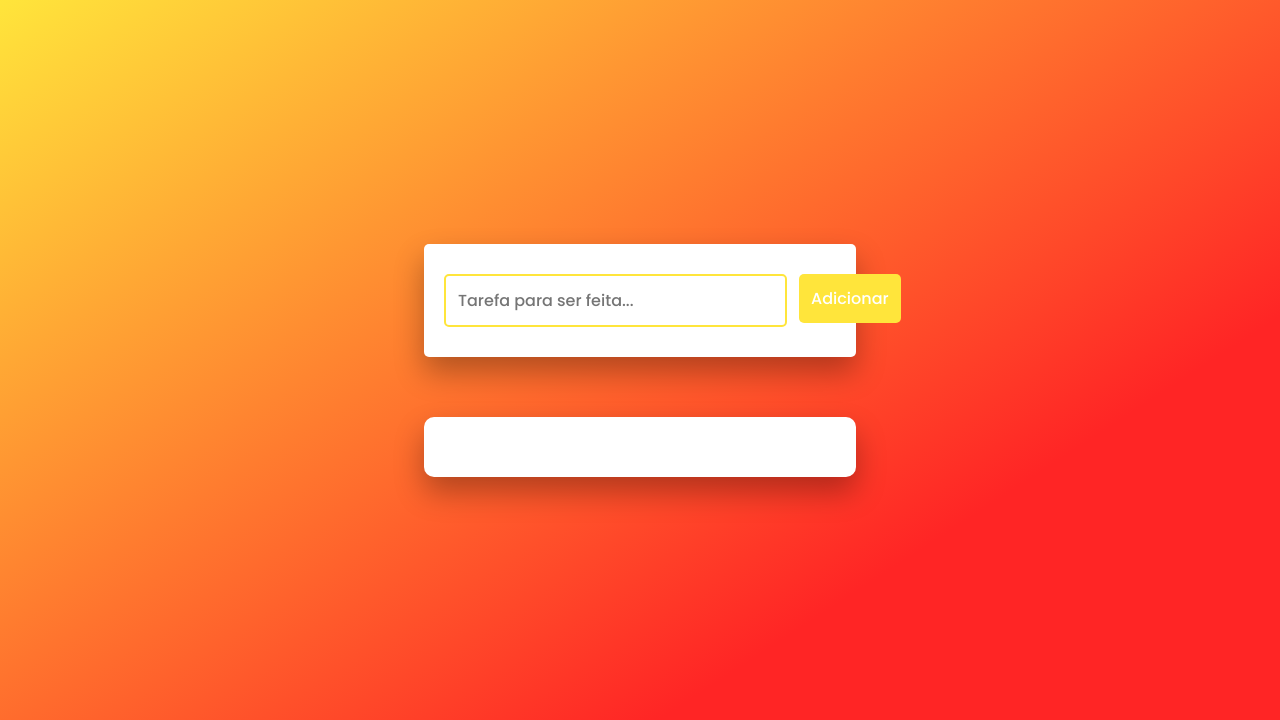
Repository: PetersonAntonyDev/python-flask-
Page: index.html
The author's editor kept a copy of each file at every save. The page is drawn from the files as they stood at one save, then again after the next save.
The browser window is 1280 px wide. The pictures show the whole page.
Some web libraries are served in a nearby version.

Above is the page before, as saved 2022-07-26 13:55:47.

### index.html
<!DOCTYPE html>
<html lang="en">

<head>
    <meta charset="UTF-8" />
    <meta http-equiv="X-UA-Compatible" content="IE=edge" />
    <meta name="viewport" content="width=device-width, initial-scale=1.0" />
    <title>EM PROGRESSO - Lista de Tarefas</title>
    <link rel="preconnect" href="https://fonts.googleapis.com" />
    <link rel="preconnect" href="https://fonts.gstatic.com" crossorigin />
    <link href="https://fonts.googleapis.com/css2?family=Poppins:wght@400;500;700&display=swap" rel="stylesheet" />
    <link rel="stylesheet" href="/style.css" />
</head>

<body>
    <div class="container">
        <div class="new-task-container">
            <input type="text" class="new-task-input" placeholder="Tarefa para ser feita..." />

            <button class="new-task-button">Adicionar</button>
        </div>

        <div class="tasks-container"></div>
    </div>

    <script src="https://kit.fontawesome.com/f9e19193d6.js" crossorigin="anonymous"></script>
    <script src="/script.js"></script>
</body>

</html>

### style.css
* {
    margin: 0;
    padding: 0;
    box-sizing: border-box;
    font-family: "Poppins", sans-serif;
  }

  body {
    height: 100vh;
    background-color: #FFE53B;
    background-image: linear-gradient(147deg, #FFE53B 0%, #FF2525 74%);
    display: flex;
    align-items: center;
    justify-content: center;
  }

  .container {
    border-radius: 20px;
    padding: 30px 40px;
    width: 40%;
    min-width: 500px;
  }

  .new-task-container {
    background-color: #fff;
    padding: 30px 20px;
    border-radius: 5px;
    box-shadow: 0 15px 30px rgba(0, 0, 0, 0.3);
    display: flex;
  }

  .new-task-container input {
    flex: 3;
    font-size: 1rem;
    border: 2px solid #FFE53B;
    border-radius: 5px;
    padding: 12px;
    font-weight: 500;
    color: #FF2525;
  }

  .new-task-container input:focus {
    outline: none;
    border-color: #FFE53B;
  }

  .new-task-button {
    flex: 1;
    border-radius: 5px;
    font-weight: 500;
    height: 100%;
    font-size: 1rem;
    border: none;
    background-color: #FFE53B;
    color: #fff;
    padding: 12px;
    margin-left: 12px;
    cursor: pointer;
  }

  .new-task-button:hover {
    background-color: #FF2525;
    color: #fff;
    transition: all .5s;
  }

  .tasks-container {
    background-color: #fff;
    padding: 30px 20px;
    margin-top: 60px;
    border-radius: 10px;
    box-shadow: 0 15px 30px rgba(0, 0, 0, 0.3);
    width: 100%;

  }

  .task-item {
    display: flex;
    justify-content: space-between;
    align-items: center;
    margin-bottom: 6px;
    margin-top: 6px;
    border-bottom: #FF2525 1px solid;
  }

  .task-item i {
    background-color: #FF2525;
    color: #fff;
    padding: 12px;
    border-radius: 5px;
  }

  .task-item i:hover {
    cursor: pointer;
  }

  /* Utilities */
  .error {
    border: 2px solid red !important;
  }

  .error::placeholder {
    color: red;
  }

  .completed {
    text-decoration: line-through;
  }

### script.js
const inputElement = document.querySelector(".new-task-input");
const addTaskButton = document.querySelector(".new-task-button");

const tasksContainer = document.querySelector(".tasks-container");

const validateInput = () => inputElement.value.trim().length > 0;

const handleAddTask = () => {
    const inputIsValid = validateInput();

    console.log(inputIsValid);

    if (!inputIsValid) {
        return inputElement.classList.add("error");
    }

    const taskItemContainer = document.createElement("div");
    taskItemContainer.classList.add("task-item");

    const taskContent = document.createElement("p");
    taskContent.innerText = inputElement.value;

    taskContent.addEventListener("click", () => handleClick(taskContent));

    const deleteItem = document.createElement("i");
    deleteItem.classList.add("far");
    deleteItem.classList.add("fa-trash-alt");

    deleteItem.addEventListener("click", () =>
        handleDeleteClick(taskItemContainer, taskContent)
    );

    taskItemContainer.appendChild(taskContent);
    taskItemContainer.appendChild(deleteItem);

    tasksContainer.appendChild(taskItemContainer);

    inputElement.value = "";

    updateLocalStorage();
};

const handleClick = (taskContent) => {
    const tasks = tasksContainer.childNodes;

    for (const task of tasks) {
        const currentTaskIsBeingClicked = task.firstChild.isSameNode(taskContent);

        if (currentTaskIsBeingClicked) {
            task.firstChild.classList.toggle("completed");
        }
    }

    updateLocalStorage();
};

const handleDeleteClick = (taskItemContainer, taskContent) => {
    const tasks = tasksContainer.childNodes;

    for (const task of tasks) {
        const currentTaskIsBeingClicked = task.firstChild.isSameNode(taskContent);

        if (currentTaskIsBeingClicked) {
            taskItemContainer.remove();
        }
    }

    updateLocalStorage();
};

const handleInputChange = () => {
    const inputIsValid = validateInput();

    if (inputIsValid) {
        return inputElement.classList.remove("error");
    }
};

const updateLocalStorage = () => {
    const tasks = tasksContainer.childNodes;

    const localStorageTasks = [...tasks].map((task) => {
        const content = task.firstChild;
        const isCompleted = content.classList.contains("completed");

        return { description: content.innerText, isCompleted };
    });

    localStorage.setItem("tasks", JSON.stringify(localStorageTasks));
};

const refreshTasksUsingLocalStorage = () => {
    const tasksFromLocalStorage = JSON.parse(localStorage.getItem("tasks"));

    if (!tasksFromLocalStorage) return;

    for (const task of tasksFromLocalStorage) {
        const taskItemContainer = document.createElement("div");
        taskItemContainer.classList.add("task-item");

        const taskContent = document.createElement("p");
        taskContent.innerText = task.description;

        if (task.isCompleted) {
            taskContent.classList.add("completed");
        }

        taskContent.addEventListener("click", () => handleClick(taskContent));

        const deleteItem = document.createElement("i");
        deleteItem.classList.add("far");
        deleteItem.classList.add("fa-trash-alt");

        deleteItem.addEventListener("click", () =>
            handleDeleteClick(taskItemContainer, taskContent)
        );

        taskItemContainer.appendChild(taskContent);
        taskItemContainer.appendChild(deleteItem);

        tasksContainer.appendChild(taskItemContainer);
    }
};

refreshTasksUsingLocalStorage();

addTaskButton.addEventListener("click", () => handleAddTask());

inputElement.addEventListener("change", () => handleInputChange());

After the next save:
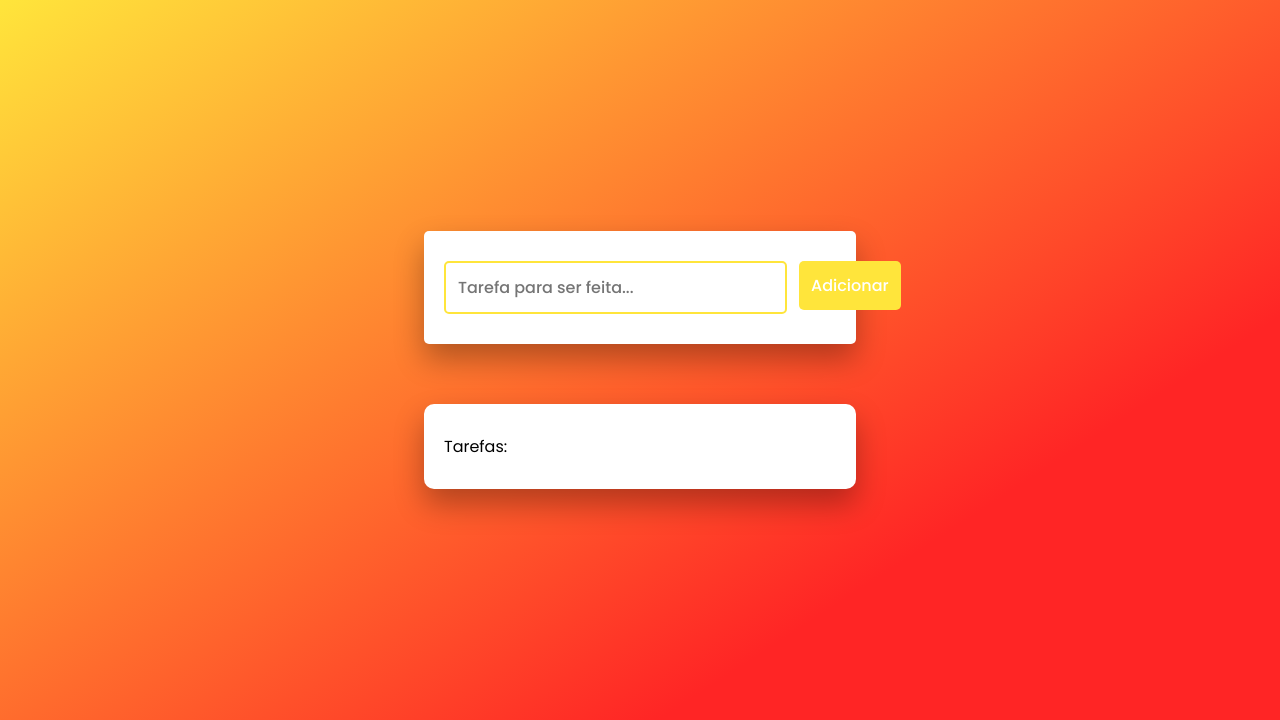
Saved 48 s later.
--- a/index.html
+++ b/index.html
@@ -20,7 +20,7 @@
             <button class="new-task-button">Adicionar</button>
         </div>
 
-        <div class="tasks-container"></div>
+        <div class="tasks-container">Tarefas:</div>
     </div>
 
     <script src="https://kit.fontawesome.com/f9e19193d6.js" crossorigin="anonymous"></script>

After the save that followed:
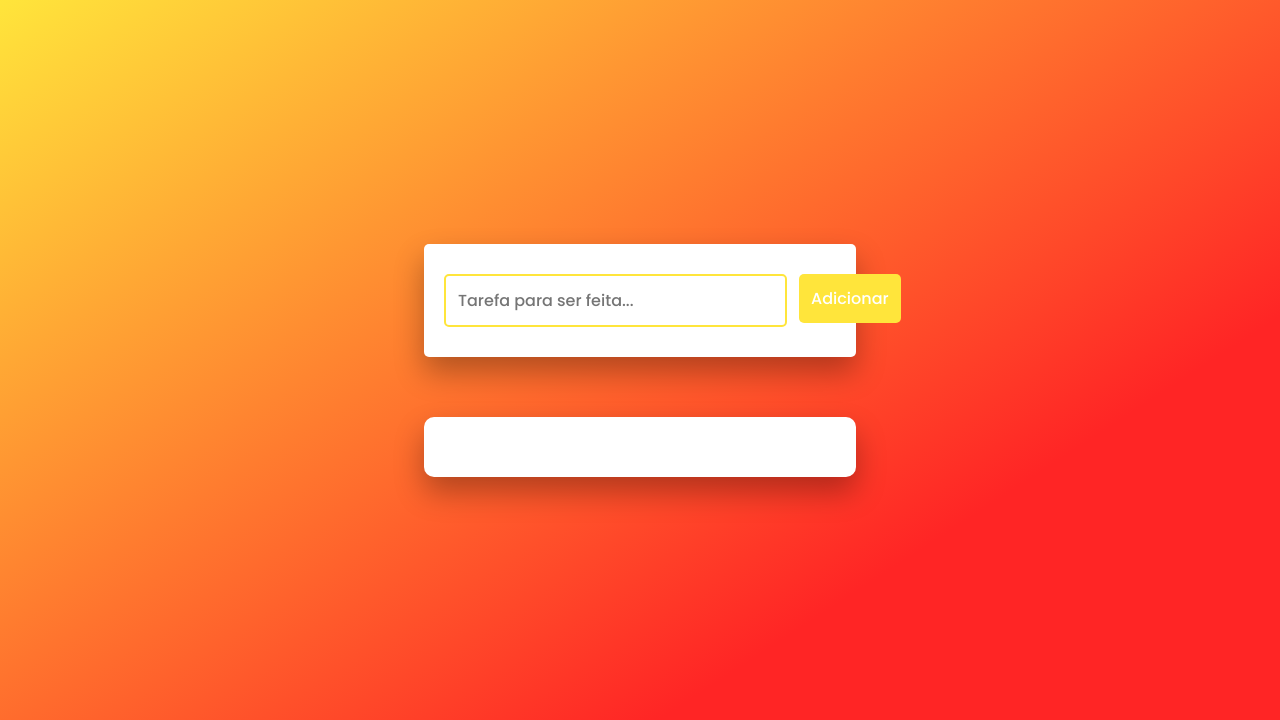
Saved 18 s later.
--- a/index.html
+++ b/index.html
@@ -20,7 +20,7 @@
             <button class="new-task-button">Adicionar</button>
         </div>
 
-        <div class="tasks-container">Tarefas:</div>
+        <div class="tasks-container"></div>
     </div>
 
     <script src="https://kit.fontawesome.com/f9e19193d6.js" crossorigin="anonymous"></script>
